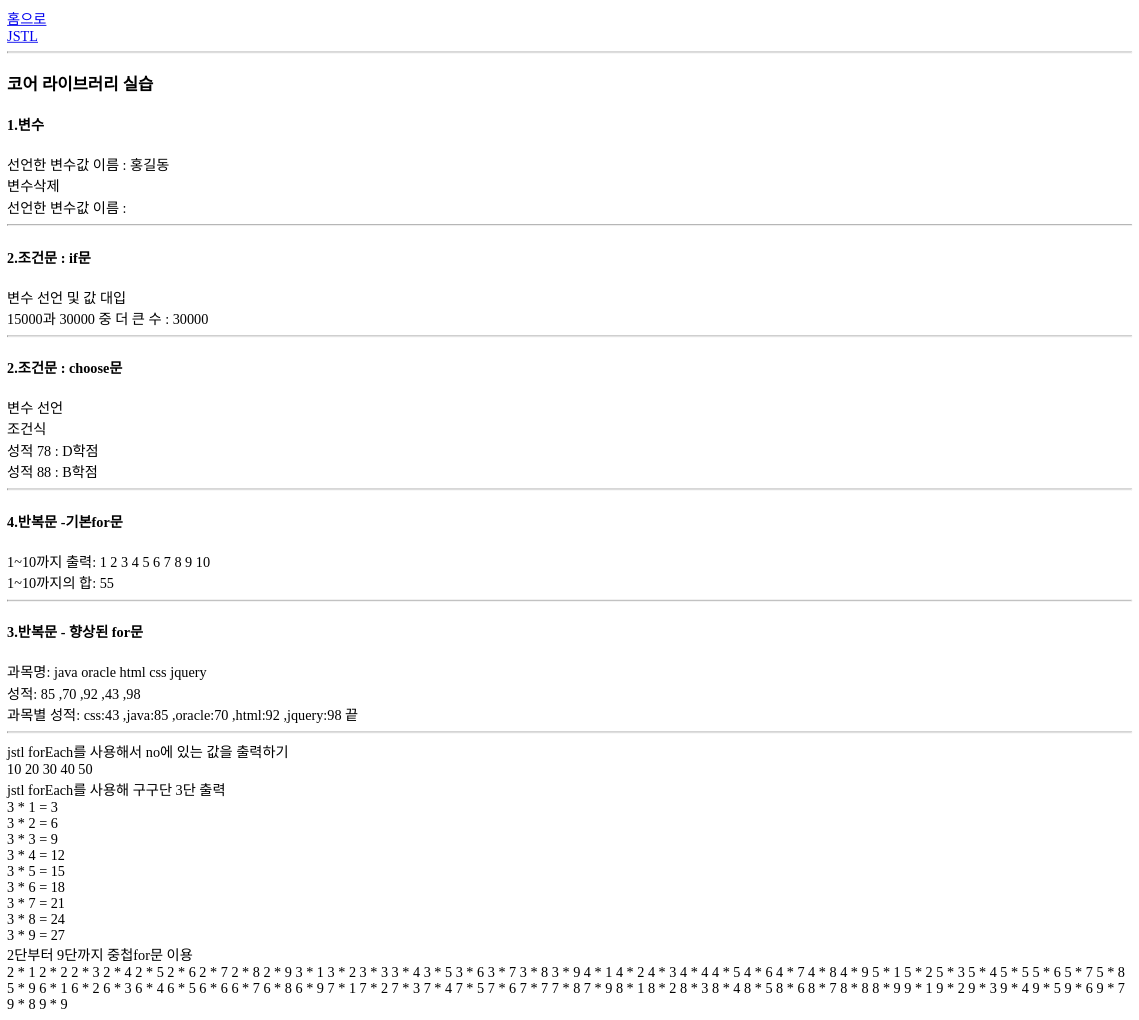
Repository: hyewoon/web
Page: http://localhost/servlet04/jstl/core.jsp
An editor plug-in stored every save of this project. The page is shown before and after a run of saves, followed by the edit.
The browser window is 1280 px wide. The pictures show the whole page, at 89% of full size.
The page is served by Tomcat 9. Other server files are loaded and not shown.

Above is the page before, as saved 2022-11-18 06:08:53.

### servlet04/src/main/webapp/jstl/core.jsp
<%@page import="org.apache.taglibs.standard.lang.jstl.DivideOperator"%>
<%@ page language="java" contentType="text/html; charset=UTF-8"
    pageEncoding="UTF-8" import="java.util.*"%>
<%@ taglib uri ="http://java.sun.com/jsp/jstl/core" prefix="c" %>

<!DOCTYPE html>
<html>
<head>
<meta charset="UTF-8">
<title>Insert title here</title>
</head>
<body>
<div> <a href ='../'>홈으로</a> </div>
<div> <a href ='index.jsp'>JSTL</a> </div>
<hr>
<h3>코어 라이브러리 실습</h3>
<h4>1.변수</h4>
<c:set var='name' value ="홍길동"/>
<div>선언한 변수값 이름 : ${name}</div>
<!--pageContext.setAttribute 한 상태 :변수선언 스코프: 해당페이지-->
<div>변수삭제</div>
<c:remove var='name'/>
<div>선언한 변수값 이름 : ${name}</div>
<!--removeAttribute 한 상태  -->
<hr>

<h4>2.조건문 : if문</h4>
<div>변수 선언 및 값 대입</div>
<c:set var='no1' value = '15000'/>
<c:set var='no2' value = '30000'/>
<div>
${no1}과 ${no2} 중 더 큰 수 :
<c:if test = '${(no1-0) gt no2}'>${no1}
</c:if>
<c:if test= '${no1-no2 lt 0}'>${no2}
</c:if>
</div>
<hr>
<h4>2.조건문 : choose문</h4>
<div>변수 선언</div>
<c:set var ='score' value='78'/>
<div>조건식</div>
<c:choose>
<c:when test='${score >= 90 }'><c:set var ='grade' value ='A'/></c:when>
<c:when test='${score >= 90 }'><c:set var ='grade' value ='B'/></c:when>
<c:when test='${score >= 90 }'><c:set var ='grade' value ='C'/></c:when>
<c:when test='${score >= 90 }'><c:set var ='grade' value ='D'/></c:when>
<c:otherwise><c:set var ='grade' value ='D'/></c:otherwise>
</c:choose>
<div>성적 ${score} : ${grade}학점</div>

 <%
int score = 88;
String grade = "";


if( score>= 90)  grade ="A";
if( score>= 80)  grade ="B";
if( score>= 70)  grade ="C";
if( score>= 60)  grade ="D";
if( score<60)	 grade = "F";



if(score>= 90) grade= "A";
else if(score >= 80) grade ="B";
else if(score >= 70) grade ="C";
else if(score >= 60) grade ="D";
else if(score < 60) grade ="F";

out.print( "성적 "+score+ " : " + grade +"학점" );
%>

<hr>
<h4>4.반복문 -기본for문</h4>
<div>1~10까지 출력:
	<c:forEach var='no' begin='1' end='10' step='1'>
	${no}
	<c:set var='sum' value='${no+sum}'/>
	</c:forEach>
</div>
<div>1~10까지의 합: ${sum}</div>
<hr>
<h4>3.반복문 - 향상된 for문</h4>
<%
String subjects[]= {"java", "oracle", "html", "css", "jquery"};
request.setAttribute("subjects",subjects);
%>

<div>과목명:
	<c:forEach items= "${subjects}" var='subject'>
	${subject}
	</c:forEach>
</div>

<%
ArrayList<Integer> list= new ArrayList<Integer>();
list.add(85);
list.add(70);
list.add(92);
list.add(43);
list.add(98);
request.setAttribute("score_list", list);
%>
<div>성적:
	<c:forEach items= '${score_list}' var='score' varStatus='state'>
	${state.index eq 0 ? '': ',' }${score}
</c:forEach>
</div>

<%
HashMap<String, Integer> map = new HashMap<String, Integer>();
map.put("java",85);
map.put("oracle",70);
map.put("html",92);
map.put("css",43);
map.put("jquery",98);
request.setAttribute("score_map", map);
%>
<div>과목별 성적:
	<c:forEach items ='${score_map}' var='score' varStatus='state'>
	${state.first ?'' : ',' }${score.key}:${score.value}
	${state.last ? '끝': '' }
	</c:forEach>

</div>

<%
int no[] = {10,20,30, 40, 50};
request.setAttribute("no", no);
%>

<hr>
<div>jstl forEach를 사용해서 no에 있는 값을 출력하기</div>
<c:forEach items ="${no}" var ="no" varStatus = 'state'>
${no}
</c:forEach>

<div>jstl  forEach를 사용해 구구단 3단 출력</div>

<c:forEach  var = "num1" begin= '1' end = '9' step= '1'>

3 * ${num1} = ${3 * num1} <br>
</c:forEach>

<div>2단부터 9단까지 중첩for문 이용</div>

<!--  -->
<c:forEach  var = "num2" begin= '2' end = '9' step= '1'>
	<c:forEach var = "num3" begin ='1' end ='9' step ='1'>
	${num2} * ${num3}
	</c:forEach>
</c:forEach>


</body>
</html>

After the next 2 saves:
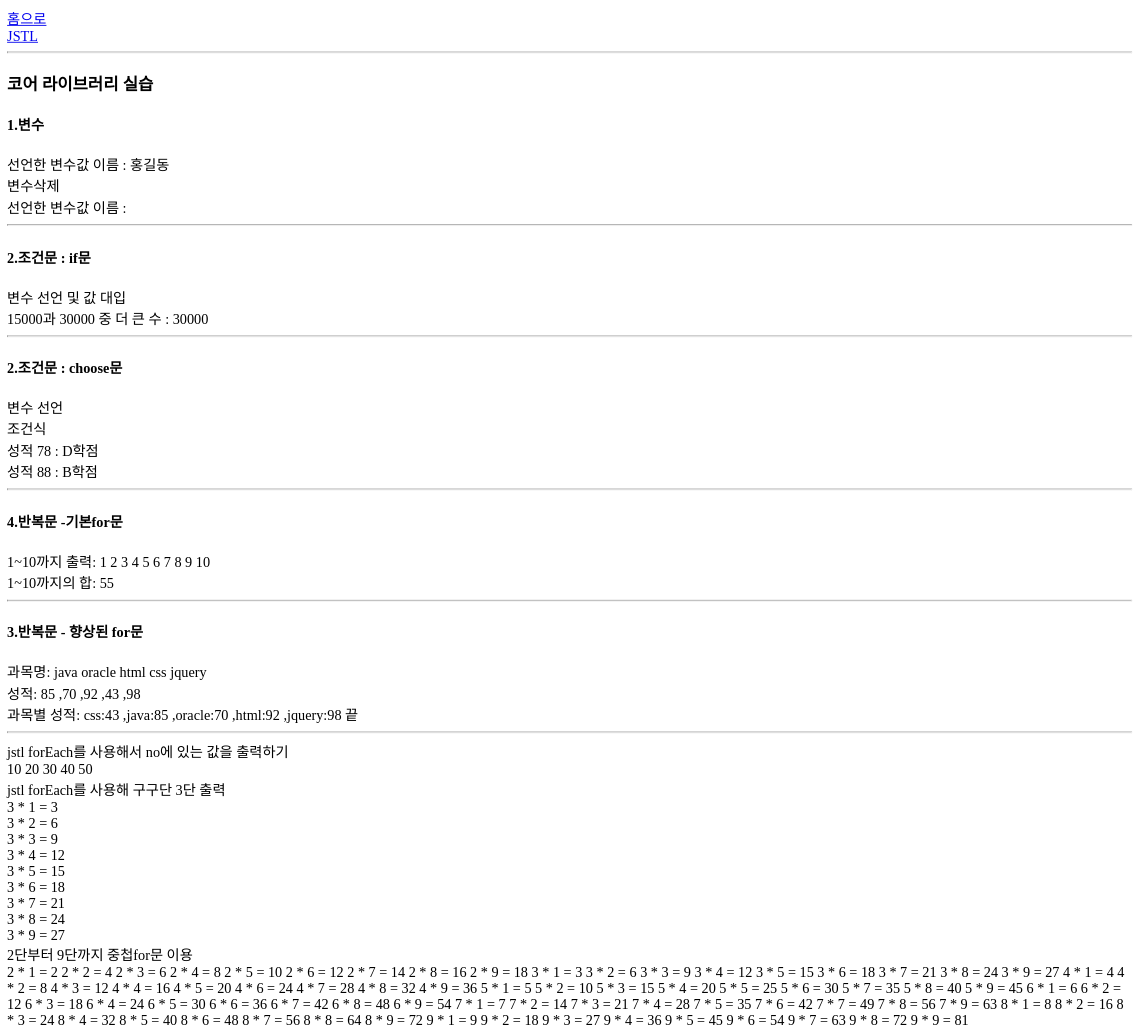
The 2 saves are shown as one change because they came seconds apart.
The last was saved 35 s later.
--- a/servlet04/src/main/webapp/jstl/core.jsp
+++ b/servlet04/src/main/webapp/jstl/core.jsp
@@ -148,7 +148,7 @@ ${no}
 <!--  -->
 <c:forEach  var = "num2" begin= '2' end = '9' step= '1'>
 	<c:forEach var = "num3" begin ='1' end ='9' step ='1'>
-	${num2} * ${num3}
+	${num2} * ${num3} = ${num2 * num3}
 	</c:forEach>
 </c:forEach>
 
